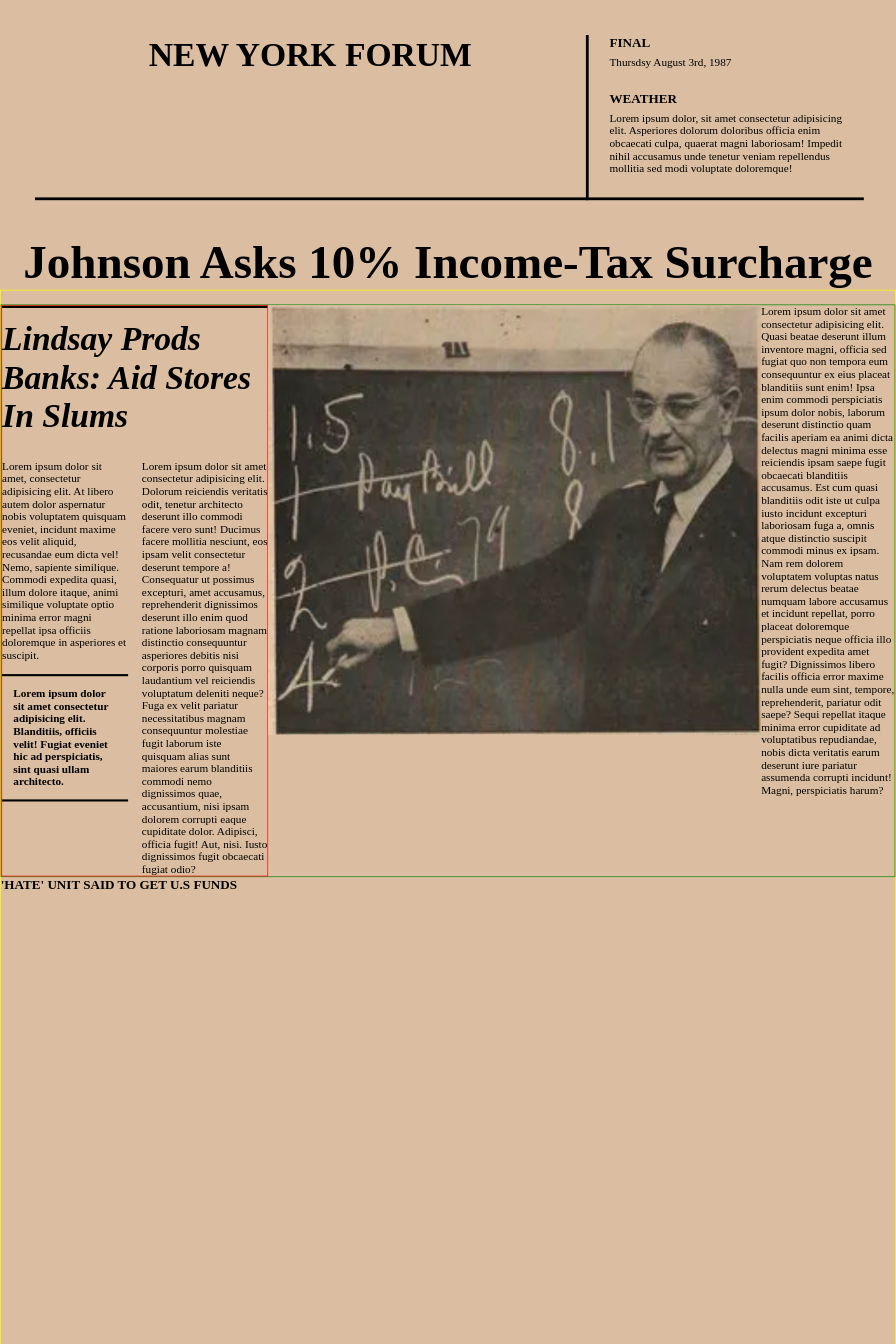
Repository: Arkitecth/newspaper-grid
Page: index.html
An editor plug-in stored every save of this project. The page is shown before and after the next save, followed by the edit.
The browser window is 1280 px wide. The pictures show the part of the page from y = 0 to 1920 px (the page is 2890 px tall), at 70% of full size.

Above is the page before, as saved 2023-05-29 19:26:27.

After the next save:
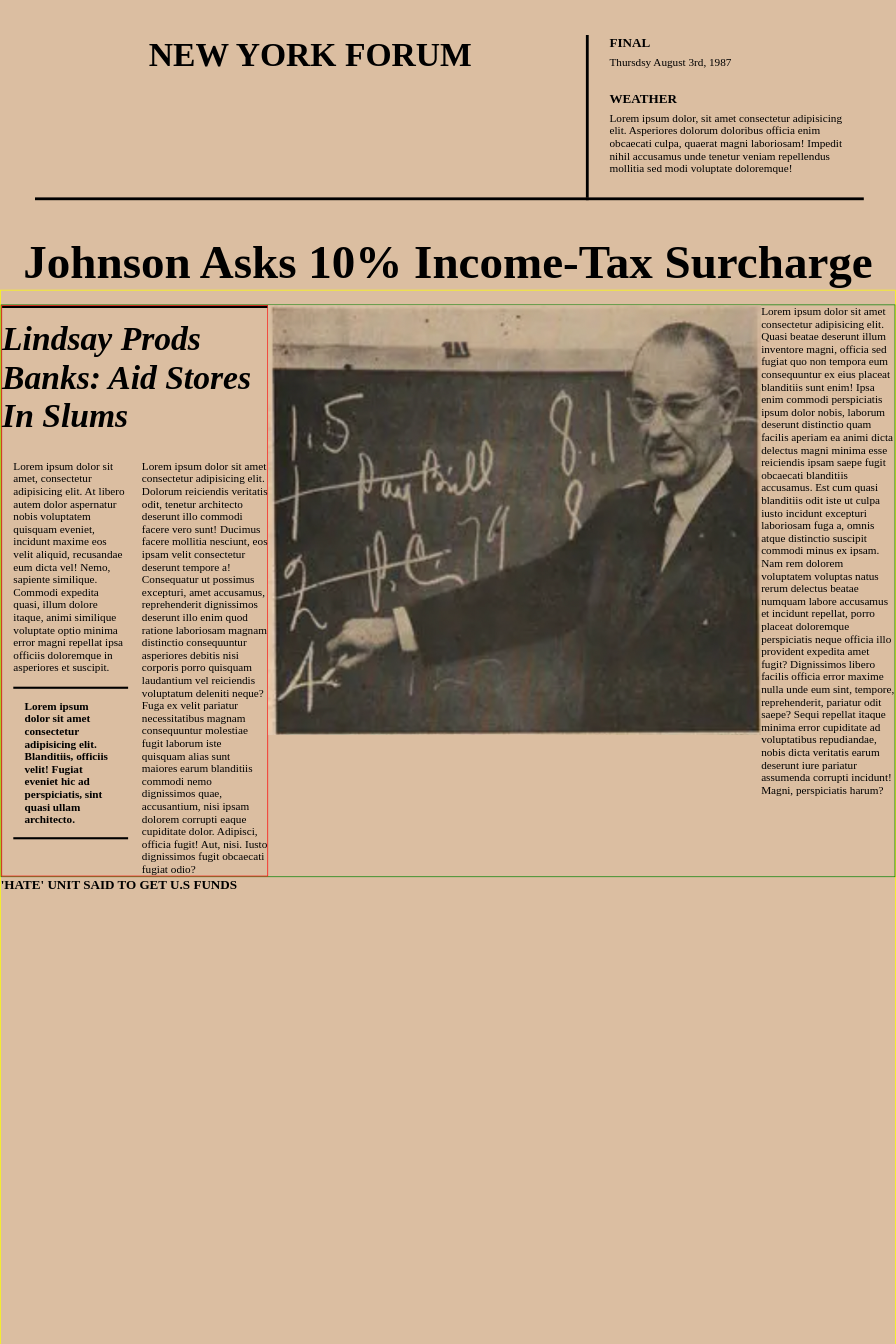
Saved 13 s later.
--- a/styles.css
+++ b/styles.css
@@ -82,6 +82,10 @@
     text-transform: capitalize;
 }
 
+.left{
+    padding-left: 1rem;
+}
+
 .highlight {
     font-weight: bold;
     border-top: 3px solid black;
